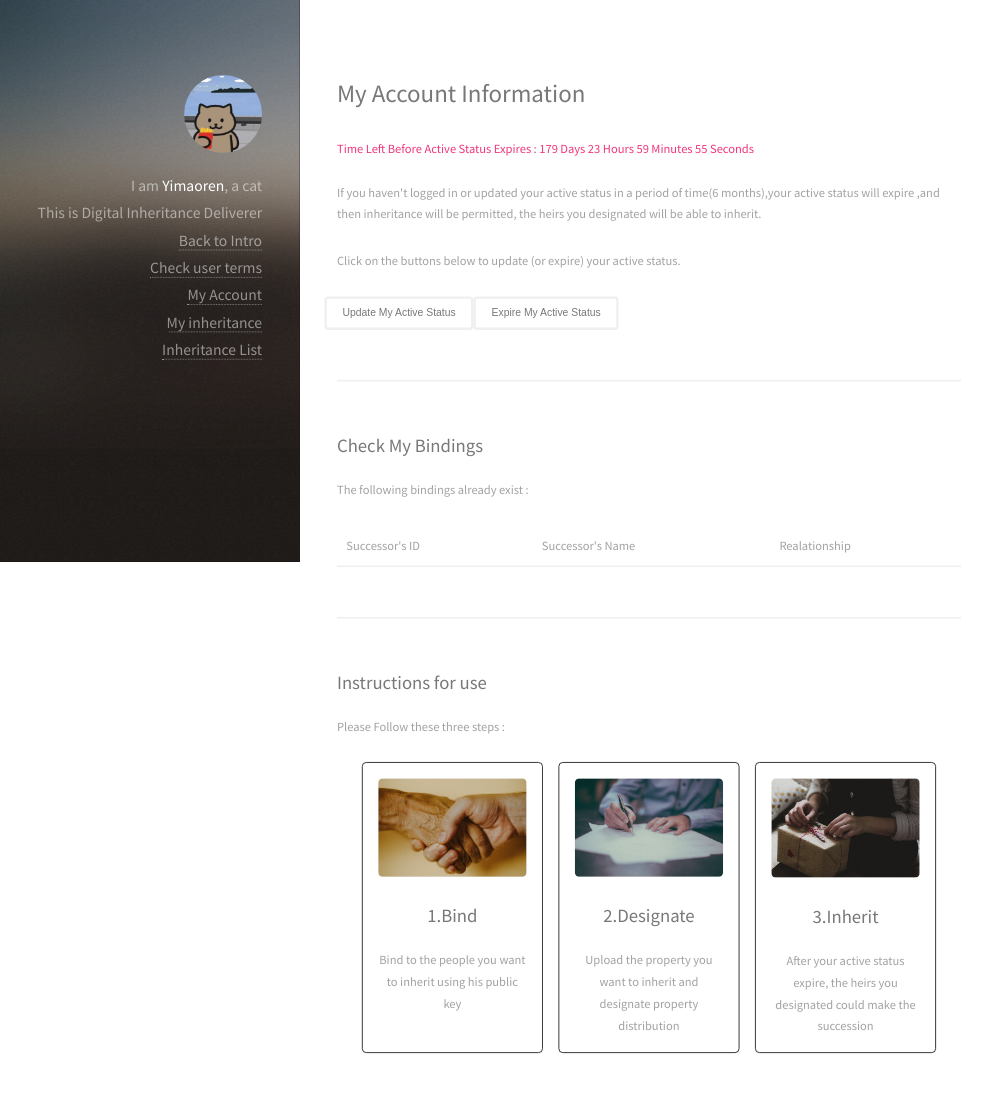
Repository: 1mocat/DID-blockchain-project
Page: Digital_I_D/app/src/myaccount.html
An editor plug-in stored every save of this project. The page is shown before and after the next save, followed by the edit.
The browser window is 1280 px wide. The pictures show the whole page, at 78% of full size.

Above is the page before, as saved 2023-10-03 00:24:01.

After the next save:
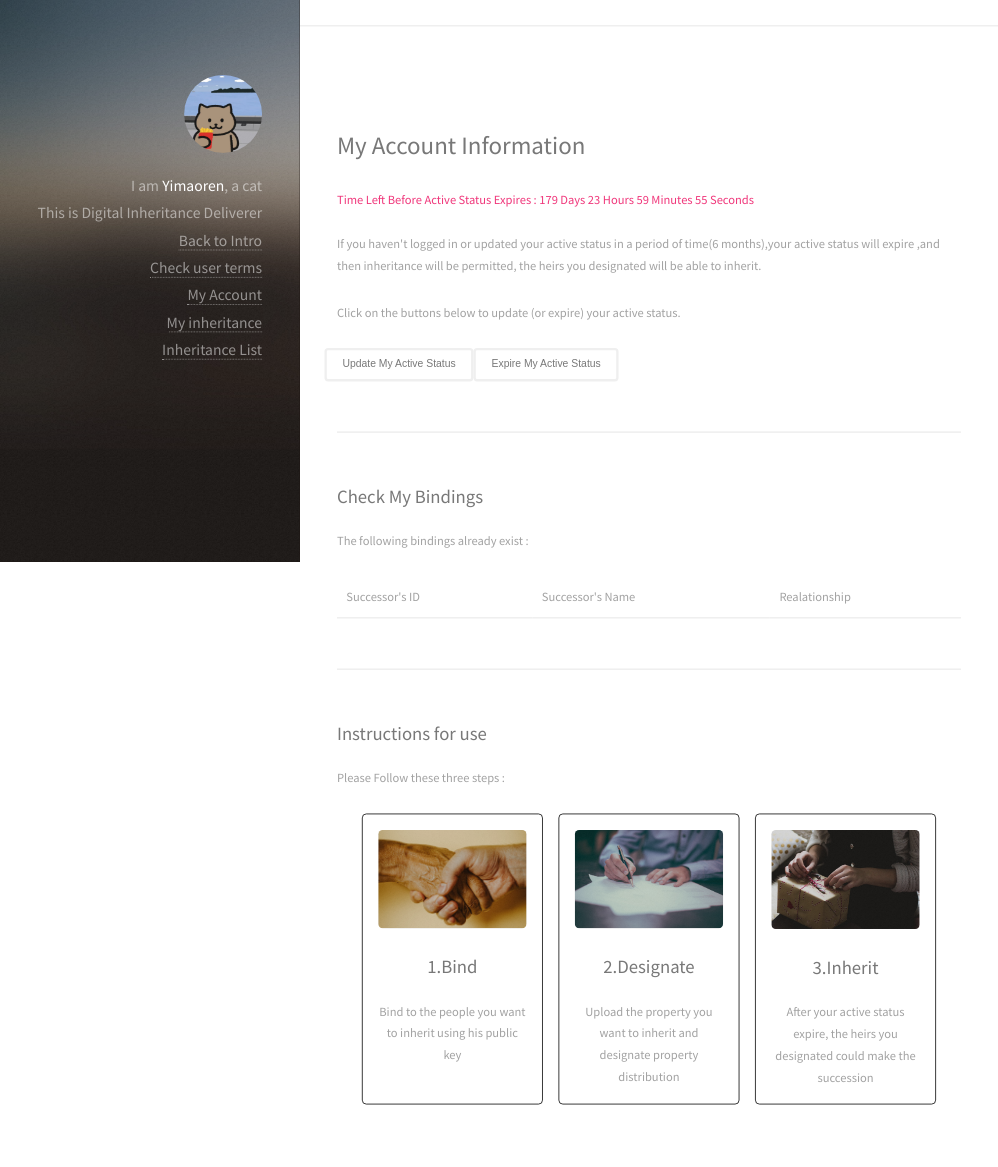
Saved 17 s later.
--- a/Digital_I_D/app/src/myaccount.html
+++ b/Digital_I_D/app/src/myaccount.html
@@ -38,7 +38,7 @@
     }
 	</style>
 </head>
-
+<hr class="solid-line">
 <body class="is-preload">
 
 	<!-- Header -->

After the 2 saves that followed:
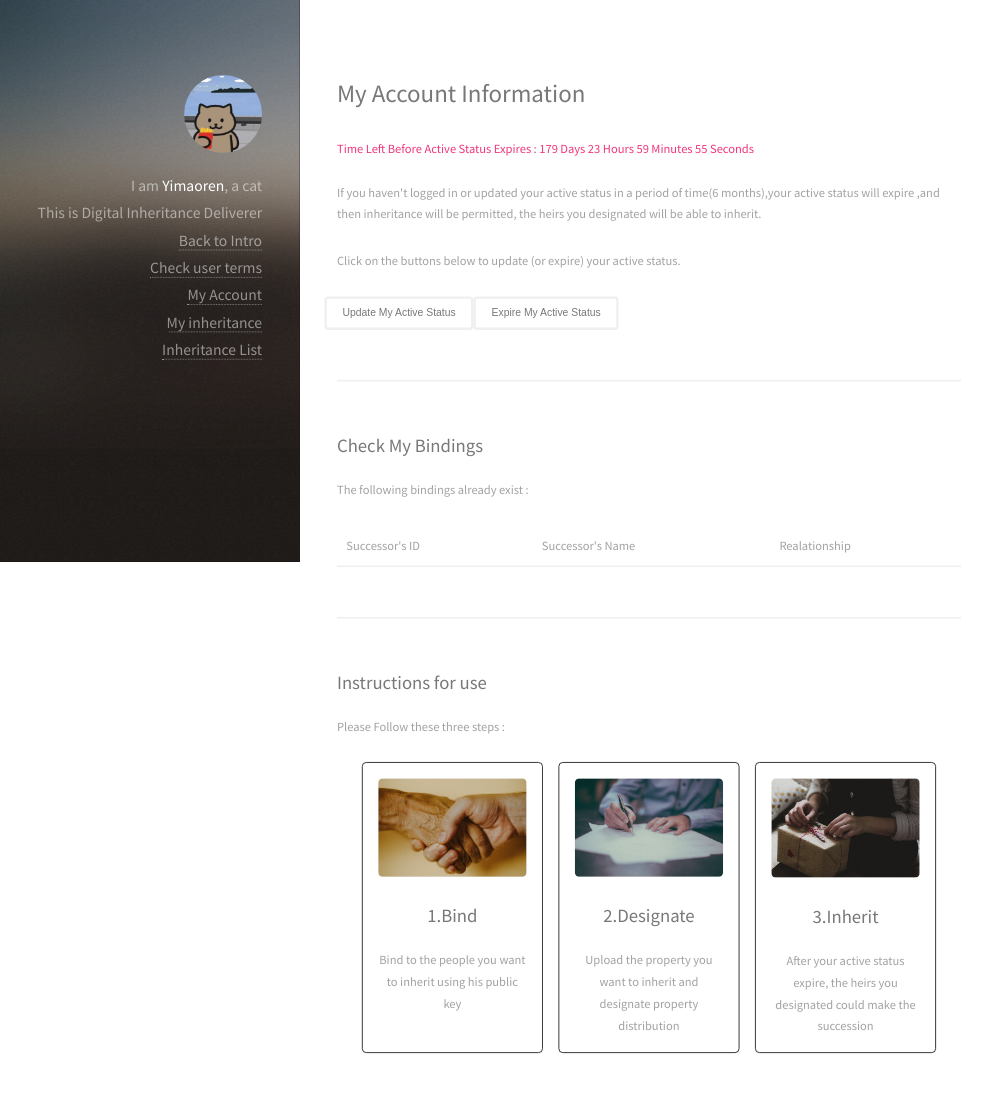
The 2 saves are shown as one change because they came seconds apart.
The last was saved 7 s later.
--- a/Digital_I_D/app/src/myaccount.html
+++ b/Digital_I_D/app/src/myaccount.html
@@ -31,14 +31,14 @@
 			text-align: center;
 			/* 文本居中 */
 		}
-		.dashed-line {
+		.solid-line {
       border: none;
       border-top: 1px solid #000; /* 使用 dashed 边框样式和颜色 */
       margin: 1px ; /* 设置上下间距 */
     }
 	</style>
 </head>
-<hr class="solid-line">
+
 <body class="is-preload">
 
 	<!-- Header -->
